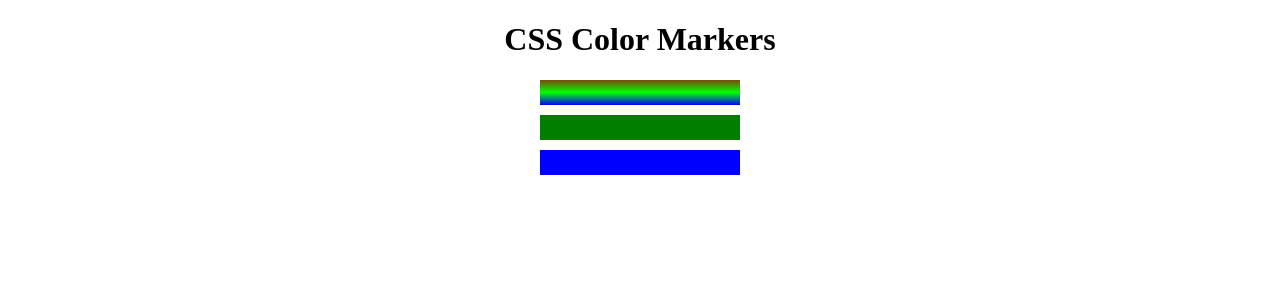
Repository: AimenDje/ColoredMarkers
Page: index.html
These files come from the project's save history. The page is drawn as it stood at one moment and after the next save; the edit follows.
The browser window is 1280 px wide. The pictures show the whole page.

Above is the page before, as saved 2025-05-09 01:38:37.

After the next save:
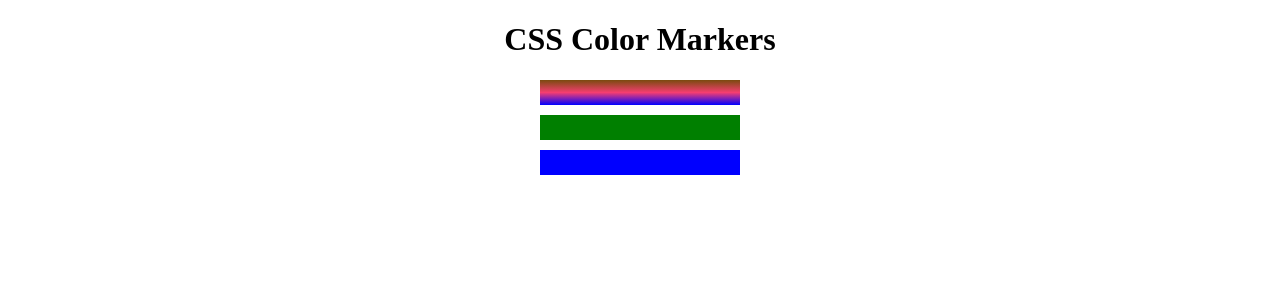
Saved 102 s later.
--- a/styles.css
+++ b/styles.css
@@ -9,7 +9,7 @@
   }
 
 .red {
-  background: linear-gradient(180deg, rgb(122, 74, 14) 0%, rgb(0, 255, 0) 50%, rgb(0, 0, 255) 100%);
+  background: linear-gradient(180deg, rgb(122, 74, 14) 0%, rgb(245, 62, 113) 50%, rgb(0, 0, 255) 100%);
 }
 
 .green {
